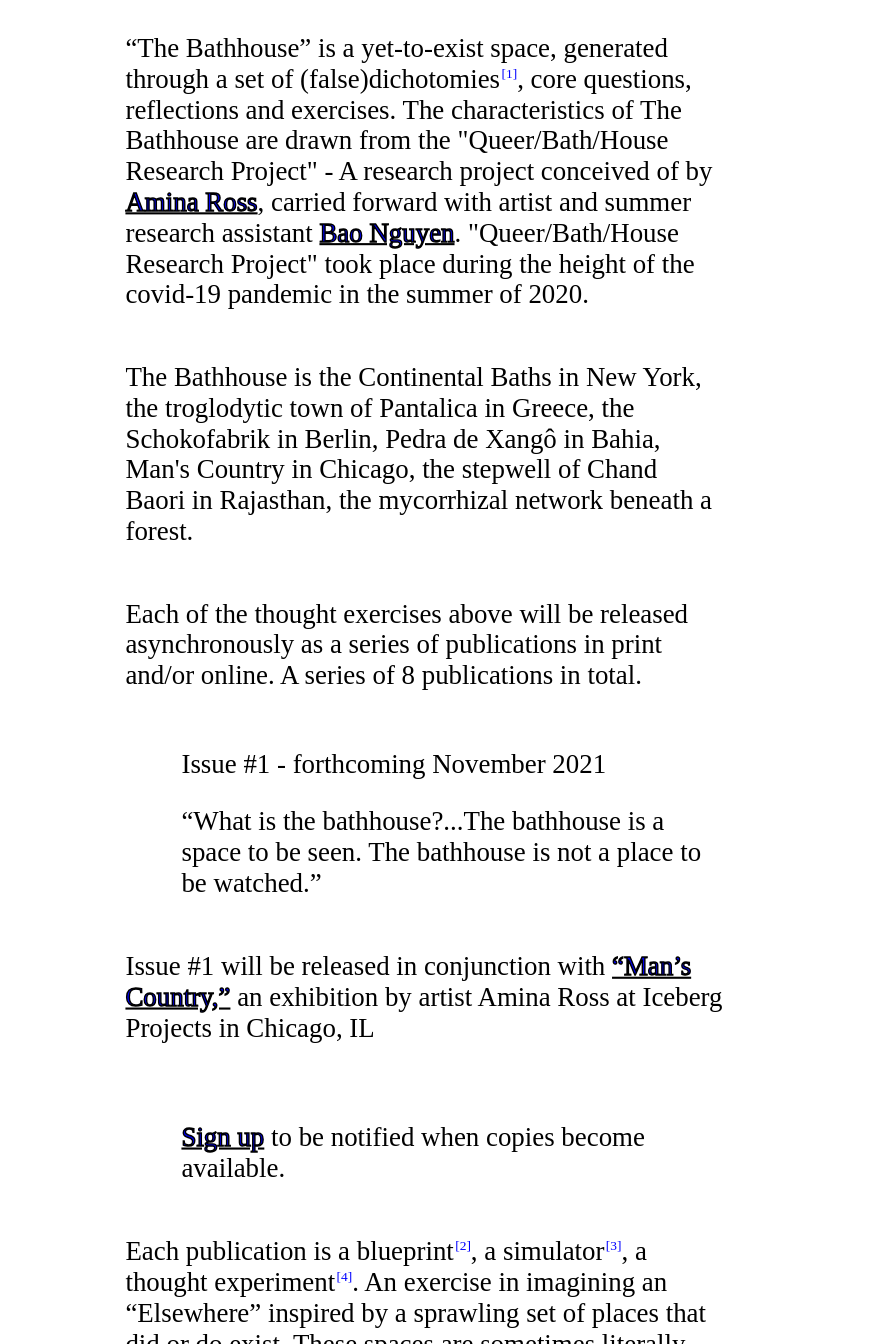
Repository: ayoungblood2/bathhouse.online
Page: index.html
An editor plug-in stored every save of this project. The page is shown before and after the next save, followed by the edit.
The browser window is 1280 px wide. The pictures show the part of the page from y = 2586 to 4506 px (the page is 5371 px tall), at 70% of full size.
An inner scrolling area shows only its first screen. Backgrounds fixed to the window are drawn as part of the page. Some web fonts or font styles are not loaded; a fallback is used.

Above is the page before, as saved 2021-10-16 18:03:20.
Not found: js/layout_main.js
Not found: js/three_main.js
Not found: style.css

### index.html
<!DOCTYPE html>
<html>

<head>
    <meta charset="UTF-8">
    <meta name="viewport" content="width=device-width, initial-scale=1.0, maximum-scale=1.0, user-scalable=no" />
    <title>bathhouse.online</title>
    <link rel="apple-touch-icon" sizes="180x180" href="/apple-touch-icon.png">
    <link rel="icon" type="image/png" sizes="32x32" href="/favicon-32x32.png">
    <link rel="icon" type="image/png" sizes="16x16" href="/favicon-16x16.png">
    <link rel="manifest" href="/site.webmanifest">
    <link rel="stylesheet" href="style.css">
    <script src="http://code.jquery.com/jquery-1.12.0.min.js"></script>
    <link rel='dns-prefetch' href='//ajax.googleapis.com' />
    <meta name="keywords" content="Amina Ross, Avery Youngblood">
    <meta name="author" content="Avery Youngblood">
    <script type="text/javascript" src="./js/layout_main.js"></script>
    <script type="text/javascript" src="./js/three_main.js"></script>

    <style>
        @font-face {
            font-family: Avenir Next Heavy;
            src: url(fonts/AvenirNext.ttc);
        }

        body,
        html {
            height: 100%;
            width: 100%;
            margin: 0;
            overflow-x: hidden;
        }

        *,
        *:before,
        *:after {
            box-sizing: inherit;
        }

        .bg {

            /* background-image: url('images/20211010224425098.gif'); */


            /* Full height */
            height: 100%;

            /* Center and scale the image nicely */
            background-position: center;
            background-repeat: no-repeat;
            background-size: cover;
            position: relative;
            top: 0;
            left: 0;

            /* padding: 100px; */

            font-family: "Avenir Next Heavy";

        }




        .txt {
            position: absolute;
            top: 60px;
            left: 80px;
            font-family: "Avenir Next Heavy";
        }

        h1 {
            font-size: 10vw;
            text-align: center;
        }

        p {
            font-size: 3vw;
        }

        .parallax {
            /* The image used */
            background-image: url('images/20211010224425098.gif');

            /* Full height */
            height: 100%;

            /* Create the parallax scrolling effect */
            background-attachment: fixed;
            background-position: center;
            background-repeat: no-repeat;
            background-size: cover;
        }

        .container {
            padding: 10px;
            width: 2em;
        }

        .item {
            width: 50%;
            width: fit-content;
            padding: 5px;
            margin-bottom: 1em;
        }


        @media only screen and (max-width:900px) {
            h1 {
                font-size: 8vw;
            }

            .bg {
                padding: 0px;
            }

            p {
                font-size: 2vw;
            }
        }

        .top {
            padding: 1em;
            /* display: grid; */
            /* grid-gap: 3em; */
            grid-template-columns: repeat(1, 250px);
        }

        .quote {
            padding: 1em;
            /* border-radius: .3em; */
            /* box-shadow: 10px 10px 30px rgba(0, 0, 0, 0.1); */
        }

        p {
            margin-top: 0;
            margin-right: 20px;
            font-size: 3vw;
        }

        span {
            font-weight: bold;
            position: relative;
            margin-left: 20px;
        }

        :before {
            content: '';
            position: fixed;
            height: 1px;
            width: 20px;
            /* border-bottom: 1px solid black; */
            top: 20px;
        }




        @media(min-width:950px) {
            .top {
                grid-template-columns: repeat(2, 250fr);
            }
        }

        .tab {
            margin-left: 80px;
        }



        footer {
            margin-top: 50px;
            border-top: 5px solid black;
            font-size: 2vw;
        }

        footer ol {
            padding-left: 20px;
        }

        /**
 * Initialiazing a `footnotes` counter on the wrapper
 */
        article {
            counter-reset: footnotes;
        }

        /**
 * Inline footnotes references
 * 1. Increment the counter at each new reference
 * 2. Reset link styles to make it appear like regular text
 */
        [aria-describedby="footnote-label"] {
            counter-increment: footnotes;
            /* 1 */
            text-decoration: none;
            /* 2 */
            color: inherit;
            /* 2 */
            cursor: default;
            /* 2 */
            outline: none;
            /* 2 */
        }

        /**
 * Actual numbered references
 * 1. Display the current state of the counter (e.g. `[1]`)
 * 2. Align text as superscript
 * 3. Make the number smaller (since it's superscript)
 * 4. Slightly offset the number from the text
 * 5. Reset link styles on the number to show it's usable
 */
        [aria-describedby="footnote-label"]::after {
            content: '['counter(footnotes)']';
            /* 1 */
            vertical-align: super;
            /* 2 */
            font-size: 0.5em;
            /* 3 */
            margin-left: 2px;
            /* 4 */
            color: blue;
            /* 5 */
            /* text-decoration: underline; */
            /* 5 */
            cursor: pointer;
            /* 5 */
        }

        /**
 * Resetting the default focused styles on the number
 */
        [aria-describedby="footnote-label"]:focus::after {
            outline: thin dotted;
            outline-offset: 2px;
        }

        [aria-label="Back to content"] {
            font-size: 0.8em;
        }

        /**
 * Highlight target note
 */
        footer :target {
            background: yellow;
            padding: 1.5%;
            background-clip: border-box;
        }

        /**
 * Visually hidden yet accessible content
 */
        .visually-hidden {
            position: absolute;
            clip: rect(0 0 0 0);
            visibility: hidden;
            opacity: 0;
        }
    </style>

<body>


    <div class="parallax"></div>

    <div class="bg"></div>

    <div class="txt" style="padding-right: 10%;">

        <h1>bathhouse.online</h1>



        <div class="top">
            <div class="quote" style="padding: 8%;">
                <article>
                    <p style="font-size: 5vw;">

                        The bathhouse is safe. <br>The bathhouse is not secure.<br><br>
                        The bathhouse is a space to be seen. <br>The bathhouse is not a place to be watched.<br><br>
                        The bathhouse is sensual. <br>The bathhouse is not unspiritual.<br><br>
                        The bathhouse is a space for meaningful work. <br>The bathhouse is not a workplace.<br><br>
                        The bathhouse is a technology. <br>The bathhouse is not a machine.<br><br>
                        The bathhouse is immersive. <br>The bathhouse is not without a body.<br><br>
                        The bathhouse is sweating. <br>The bathhouse is not drained.<br><br>
                        The bathhouse is gone. <br>The bathhouse is not over.<br>
                    </p>

                    <br>

                    <p>
                        “The Bathhouse” is a yet-to-exist space, generated through a set of (false)<a href="#footnotes" aria-describedby="footnote-label"
                                id="footnotes-ref">dichotomies</a></span>,
                        core questions, reflections and exercises. The characteristics of The Bathhouse are drawn from
                        the
                        "Queer/Bath/House Research Project" - A research project conceived of by <a
                            style="-webkit-text-stroke: 2px black;" href=aminaross.com>Amina
                            Ross</a>, carried forward with artist and summer research assistant <a
                            style="-webkit-text-stroke: 2px black;"
                            href=https://nguyenbao.myportfolio.com>
                            Bao Nguyen</a>. "Queer/Bath/House Research Project" took place during the
                        height of the covid-19 pandemic in the summer of 2020.

                    </p>
                    <br> <br>
                    <p>
                        The Bathhouse is the Continental Baths in New York, the troglodytic town of Pantalica in Greece,
                        the
                        Schokofabrik in Berlin, Pedra de Xangô in Bahia, Man's Country in Chicago, the stepwell of Chand
                        Baori in Rajasthan, the mycorrhizal network beneath a forest.


                    </p>
                    <br> <br>
                    <p>
                        Each of the thought exercises above will be released asynchronously as a series of publications
                        in
                        print and/or online. A series of 8 publications in total.<br><br>
                    <p class="tab">Issue #1 - forthcoming November 2021</p>
                    <p class="tab">“What is the bathhouse?...The bathhouse is a space to be seen. The bathhouse is not a
                        place to be
                        watched.”</p>
                    </p>
                    <br> <br>
                    <p>
                        Issue #1 will be released in conjunction with <a
                            style="-webkit-text-stroke: 2px black;" href=https://icebergchicago.com>“Man’s
                            Country,”</a> an exhibition by artist Amina Ross at Iceberg Projects in Chicago, IL
                    </p>
                    <br> <br>
                    <p>

                    <p class="tab"><a style=" -webkit-text-stroke: 2px black;"
                            href=https://forms.gle/NMAofWzGxNe4W74i9>Sign up</a> to be notified when copies become
                        available.</p>

                    </p>
                    <br> <br>
                    <p>
                        Each publication is a <a href="#css" aria-describedby="footnote-label"
                            id="css-ref">blueprint</a></span>, a <a href="#css-counters"
                            aria-describedby="footnote-label" id="css-counters-ref">simulator</a></span>, a thought <a
                            href="#css-counters-2" aria-describedby="footnote-label"
                            id="css-counters-ref-2">experiment</a></span>. An exercise in imagining an
                        “Elsewhere” inspired by a sprawling set of places that did or do exist. These spaces are
                        sometimes
                        literally subterranean, underground, spaces for collective being-together, exploration of self
                        and
                        other and transformation on the spiritual and social planes. These places exist at the
                        intersection
                        of the spiritual, the sexual, the sacred, the profane, the personal and the political.

                    </p>
                    <br> <br>

                </article>

                <footer>

                    <ol>
                        <li id="footnotes"><a style="text-decoration: none; color: black;"
                                href=https://www.lexico.com/en/definition/dichotomy>“a division or contrast between two
                                things that
                                are or are represented as
                                being opposed or entirely different.”</a>

                            <a href="#footnotes-ref" aria-label="Back to content"
                                style="color: blue; text-decoration: none;">↩</a>

                        </li>

                        <li id="css"><a style="text-decoration: none; color: black;"
                                href=https://www.merriam-webster.com/dictionary/blueprint#:~:text=Blueprint%20%7C%20Definition%20of%20Blueprint%20by%20Merriam%2DWebster>"
                                a photographic print in white on a bright blue ground or blue on a white ground
                                used especially for copying maps, mechanical drawings, and architects' plans"</a>

                            <a href="#css-ref" aria-label="Back to content"
                                style="color: blue; text-decoration: none;">↩</a>

                        </li>

                        <li id="css-counters"><a style="text-decoration: none; color: black;"
                                href=https://www.merriam-webster.com/dictionary/simulator>"a device that enables the
                                operator to reproduce or represent under test
                                conditions phenomena likely to occur in actual performance"</a>

                            <a href="#css-counters-ref" aria-label="Back to content"
                                style="color: blue; text-decoration: none;">↩</a>

                        </li>

                        <li id="css-counters-2"><a style="text-decoration: none; color: black;"
                                href=https://en.wikipedia.org/wiki/Thought_experiment>"A thought experiment is a
                                hypothetical situation in which a hypothesis, theory, or principle is laid out for the
                                purpose of thinking through its consequences. Johann Witt-Hansen established that Hans
                                Christian Ørsted was the first to use the German term Gedankenexperiment circa
                                1812."</a>

                            <a href="#css-counters-ref-2" aria-label="Back to content"
                                style="color: blue; text-decoration: none;">↩</a>

                        </li>

                    </ol>
                </footer>


            </div>


        </div>

    </div>


</body>

<script>
    $(function () {
        var previousScroll = 0;
        $(window).scroll(function (event) {
            var scroll = $(this).scrollTop();
            var heading = $('.parallax');

            if (scroll > 600) {
                console.log('scrolling down');
                heading.fadeIn("slow", function () {
                    heading.css('opacity', '0.4');
                });
            } else {
                heading.fadeIn("slow", function () {
                    heading.css('opacity', '1');
                });
            }
            previousScroll = scroll;
        });
    })
</script>
</head>

</html>

After the next save:
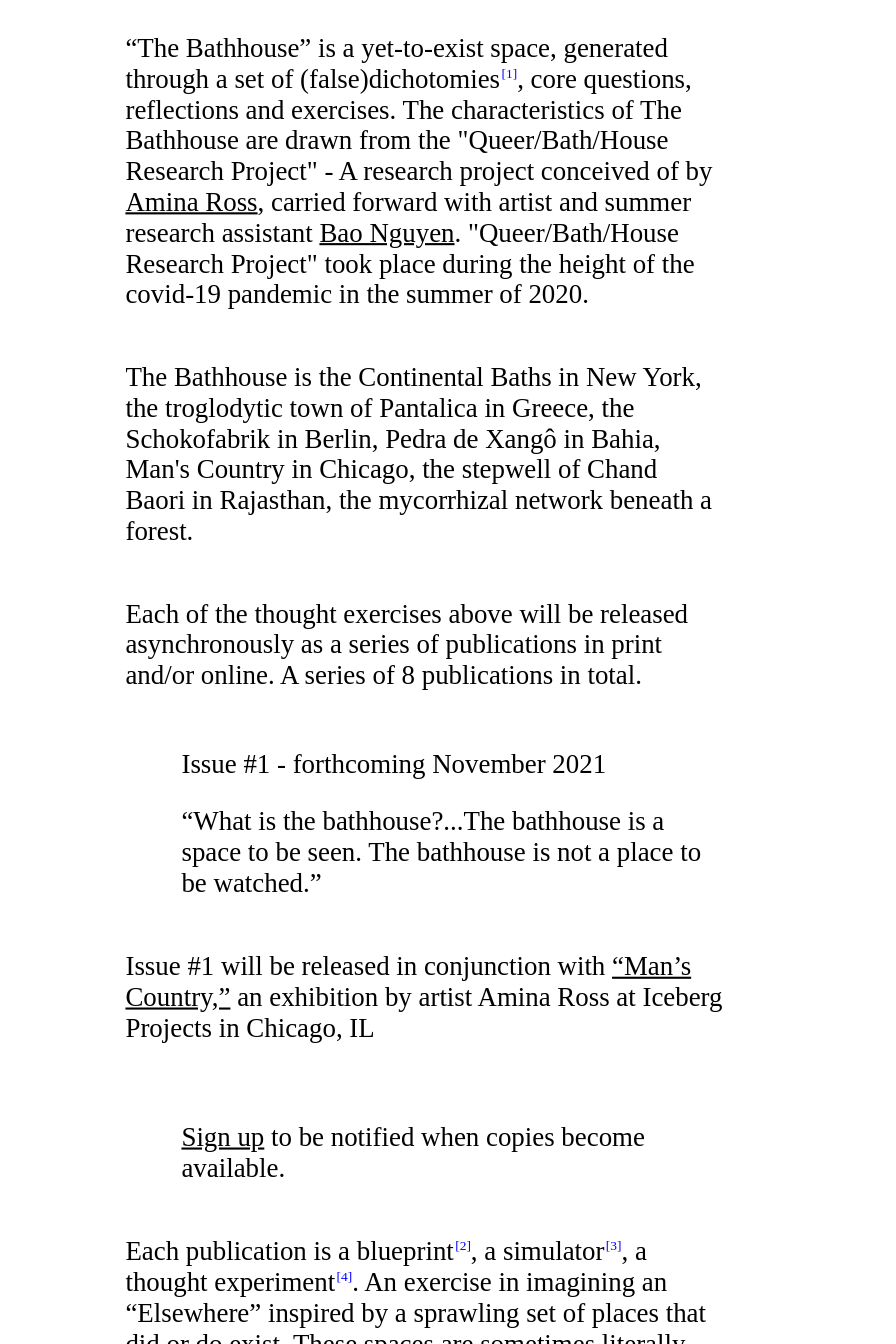
Saved 43 s later.
--- a/index.html
+++ b/index.html
@@ -296,9 +296,9 @@
                         core questions, reflections and exercises. The characteristics of The Bathhouse are drawn from
                         the
                         "Queer/Bath/House Research Project" - A research project conceived of by <a
-                            style="-webkit-text-stroke: 2px black;" href=aminaross.com>Amina
+                            style="color: black; " href=aminaross.com>Amina
                             Ross</a>, carried forward with artist and summer research assistant <a
-                            style="-webkit-text-stroke: 2px black;"
+                            style="color: black; "
                             href=https://nguyenbao.myportfolio.com>
                             Bao Nguyen</a>. "Queer/Bath/House Research Project" took place during the
                         height of the covid-19 pandemic in the summer of 2020.
@@ -326,13 +326,13 @@
                     <br> <br>
                     <p>
                         Issue #1 will be released in conjunction with <a
-                            style="-webkit-text-stroke: 2px black;" href=https://icebergchicago.com>“Man’s
+                            style="color: black;" href=https://icebergchicago.com>“Man’s
                             Country,”</a> an exhibition by artist Amina Ross at Iceberg Projects in Chicago, IL
                     </p>
                     <br> <br>
                     <p>
 
-                    <p class="tab"><a style=" -webkit-text-stroke: 2px black;"
+                    <p class="tab"><a style="color: black;"
                             href=https://forms.gle/NMAofWzGxNe4W74i9>Sign up</a> to be notified when copies become
                         available.</p>
 
